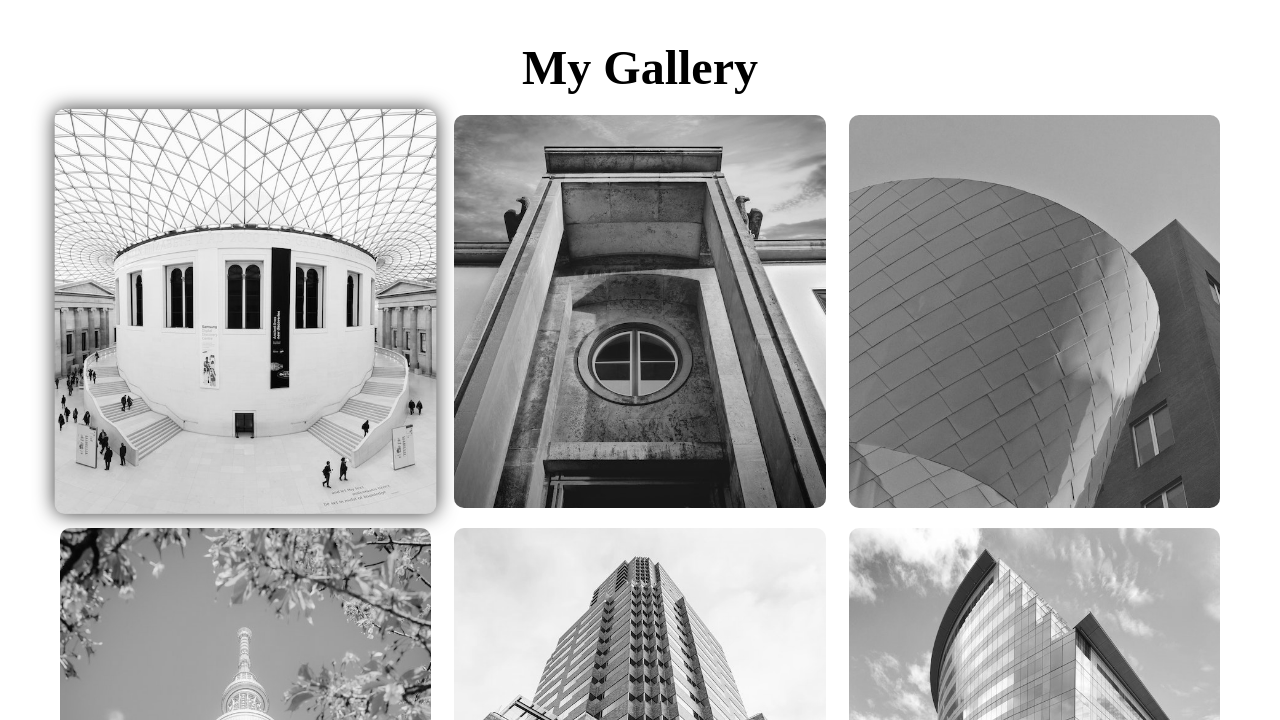
Repository: shoaib-1729/Web-Dev-Course_Dot-Batch_Love-Babbar
Page: 03_CSS Sessions Basics/05_CSS-Projects-Unwrap-Class/04_Code-Practice-unwrapClass/image-gallery-project/index.html
These files come from the project's save history. The page is drawn as it stood at one moment and after the next save; the edit follows.
The browser window is 1280 px wide. The pictures show the whole page.
The pointer rests on the first visible `.card`.
An inner scrolling area shows only its first screen.

Above is the page before, as saved 2023-08-10 00:39:39.

After the next save:
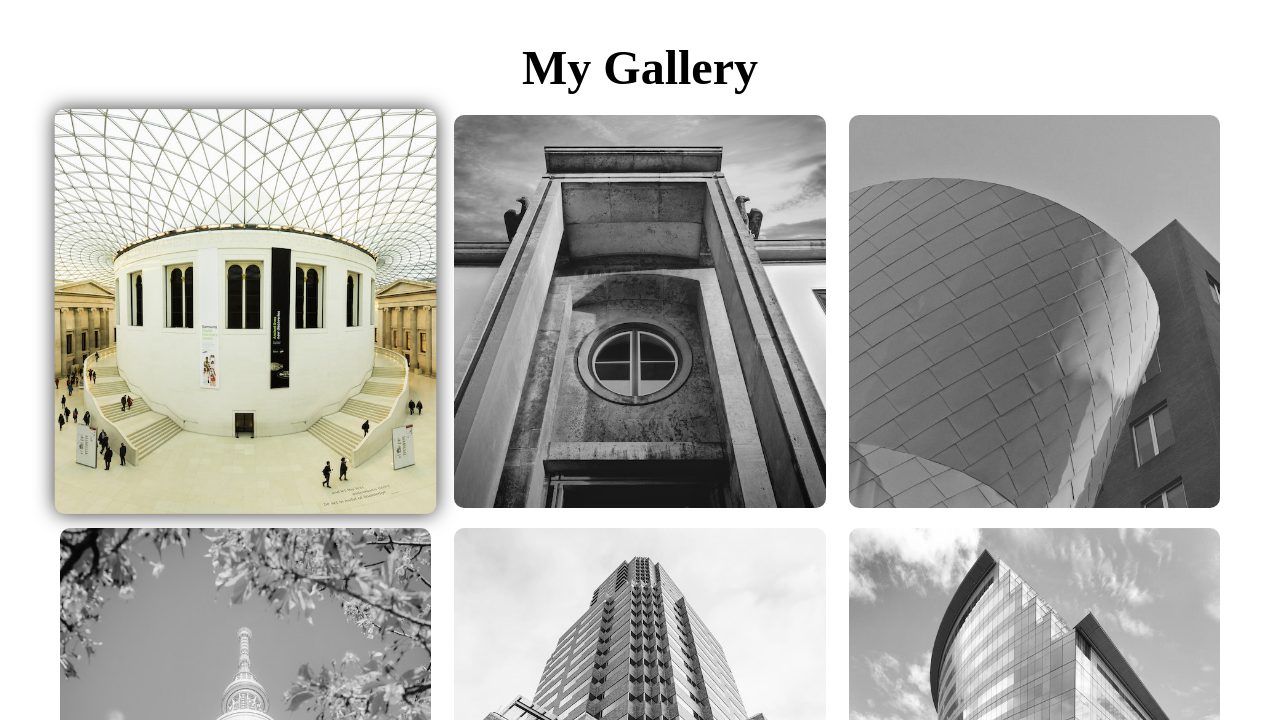
Saved 74 s later.
--- a/03_CSS Sessions Basics/05_CSS-Projects-Unwrap-Class/04_Code-Practice-unwrapClass/image-gallery-project/styles.css
+++ b/03_CSS Sessions Basics/05_CSS-Projects-Unwrap-Class/04_Code-Practice-unwrapClass/image-gallery-project/styles.css
@@ -51,3 +51,7 @@
         transition: 0.5s;
         filter: drop-shadow(0 0 10px #333);
     }
+
+    .card:hover img {
+        filter: grayscale(0);
+    }
